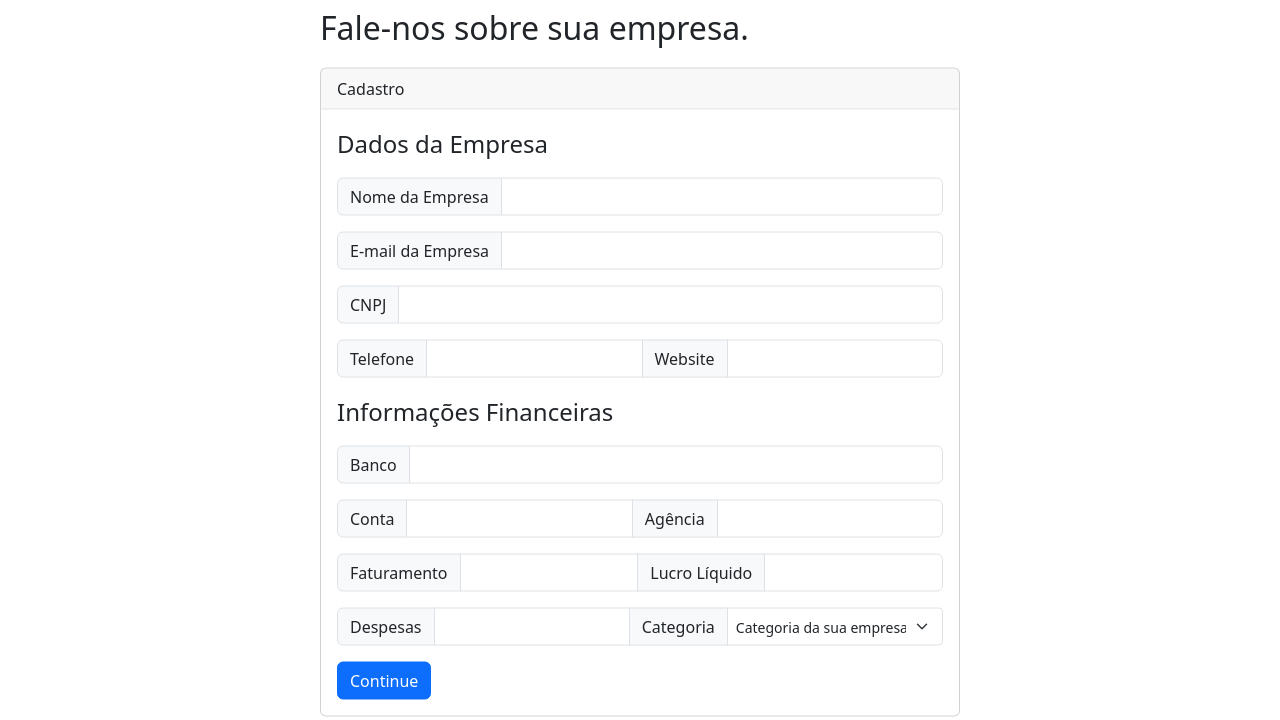
Repository: vandrecx/utilitaries
Page: http://localhost/login_archive/cadastro.php
These files come from the project's save history. The page is drawn as it stood at one moment and after the next save; the edit follows.
The browser window is 1280 px wide. The pictures show the whole page.
The page is run by PHP 8.4 with error messages shown; the project is at /var/www/html/.

Above is the page before, as saved 2024-05-03 13:19:26.

After the next save:
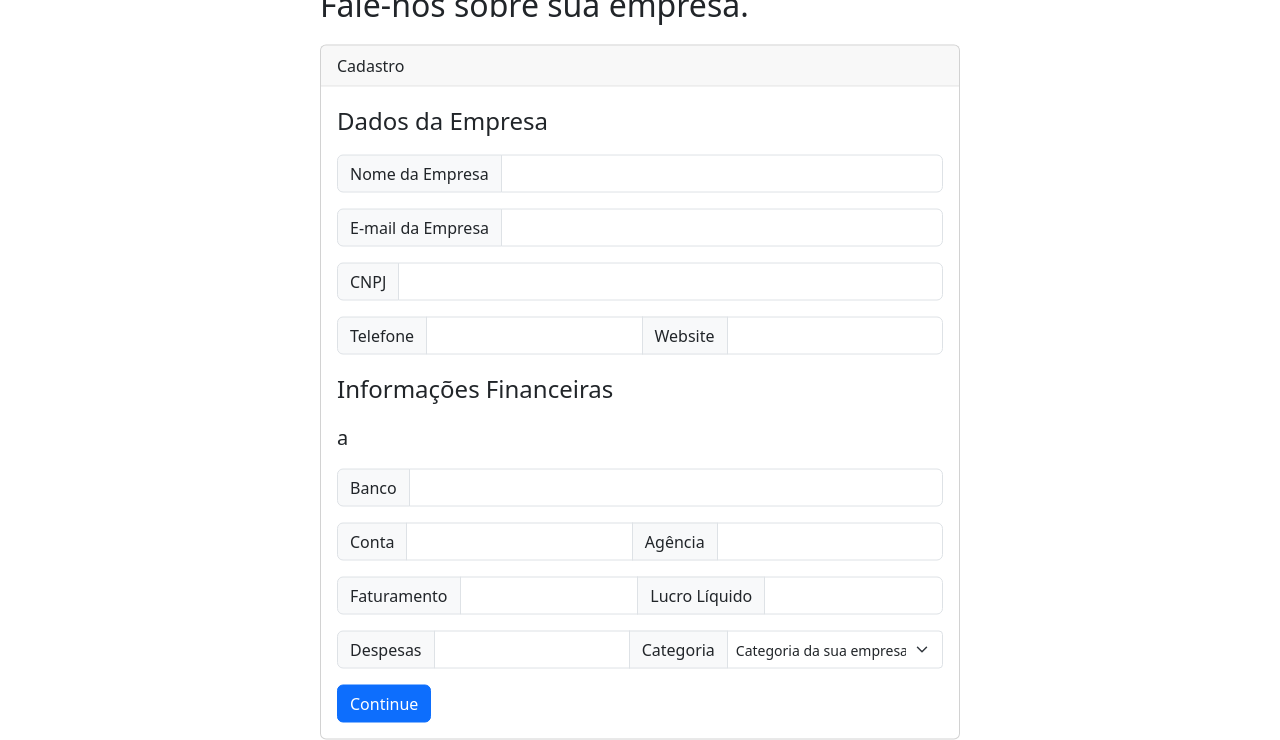
Saved 15 s later.
--- a/login_archive/cadastro.php
+++ b/login_archive/cadastro.php
@@ -42,7 +42,7 @@ include 'funcoes.php';
                         <input type="text" class="form-control" aria-label="Sizing example input" aria-describedby="inputGroup-sizing-default">
                     </div>
                     <p class="fs-4">Informações Financeiras</p>
-
+                    <div><p class="fs-5">a</p></div>
                     <div class="input-group mb-3">
                         <span class="input-group-text" id="inputGroup-sizing-default">Banco</span>
                         <input type="text" class="form-control" aria-label="Sizing example input" aria-describedby="inputGroup-sizing-default">
